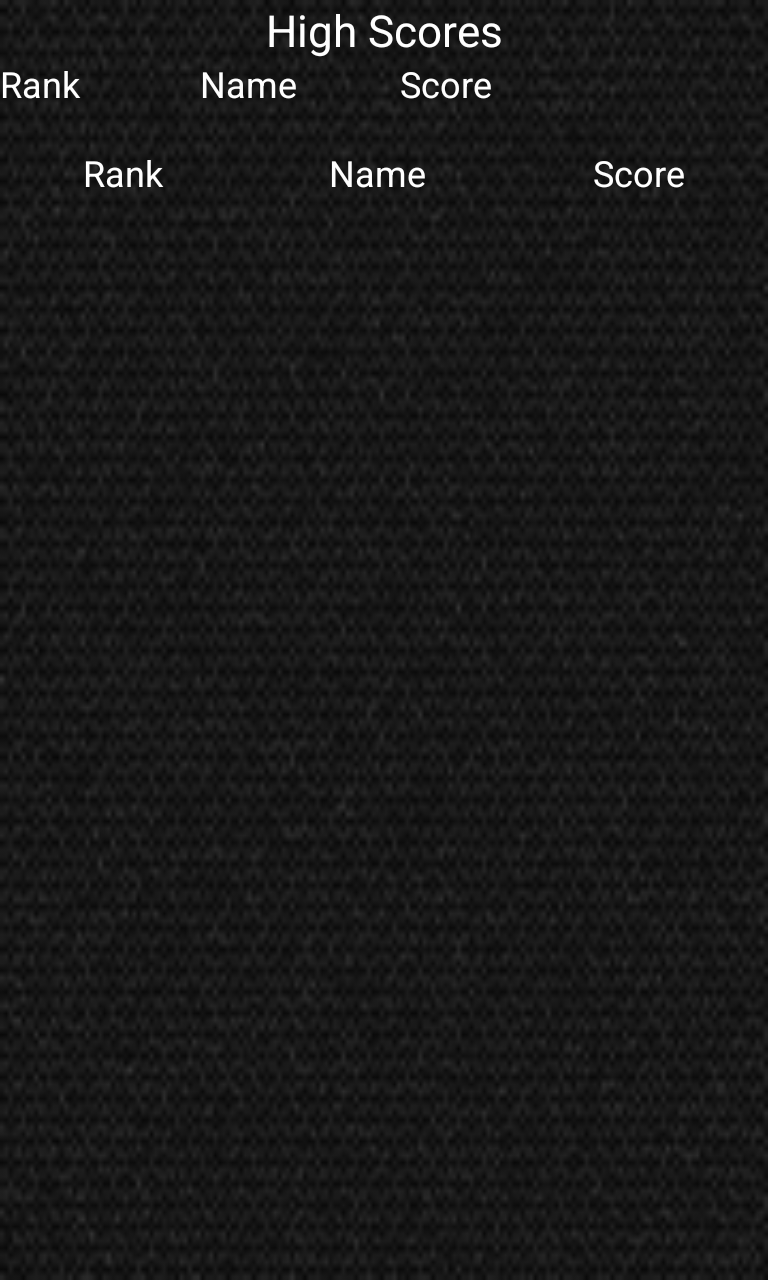
Repository: Tacohen/Killbots
Layout: Killbots/res/layout/high_scores.xml
These files come from the project's save history. The layout is drawn as it stood at one moment and after the next save; the edit follows.
It is drawn on a 768 x 1280 px phone screen (xhdpi) without system bars, with theme AppTheme; the app's code is not run.

Above is the layout before, as saved 2013-12-08 01:47:51.

### Killbots/res/layout/high_scores.xml
<?xml version="1.0" encoding="utf-8"?>
<LinearLayout xmlns:android="http://schemas.android.com/apk/res/android"
    android:layout_width="match_parent"
    android:layout_height="match_parent"
    android:orientation="vertical"
    android:background="@drawable/binding_dark">

    <TextView
        android:id="@+id/intoText"
        android:layout_width="match_parent"
        android:layout_height="wrap_content"
        android:gravity="center"
        android:text="High Scores"
        android:textAppearance="?android:attr/textAppearanceLarge"
        android:textColor="#FFFFFF" />

    <LinearLayout
        android:layout_width="match_parent"
        android:layout_height="wrap_content" >

        <TextView
            android:id="@+id/rankText"
            android:layout_width="100dp"
            android:layout_height="wrap_content"
            android:text="Rank"
            android:textAppearance="?android:attr/textAppearanceMedium"
            android:textColor="#FFFFFF" />

        <TextView
            android:id="@+id/nameText"
            android:layout_width="100dp"
            android:layout_height="wrap_content"
            android:text="Name"
            android:textAppearance="?android:attr/textAppearanceMedium"
            android:textColor="#FFFFFF" />

        <TextView
            android:id="@+id/scoreText"
            android:layout_width="100dp"
            android:layout_height="wrap_content"
            android:text="Score"
            android:textAppearance="?android:attr/textAppearanceMedium"
            android:textColor="#FFFFFF" />

    </LinearLayout>

    <TableLayout
        android:layout_width="match_parent"
        android:layout_height="wrap_content" >

        <TableRow
            android:id="@+id/tableRow1"
            android:layout_width="wrap_content"
            android:gravity="center_horizontal"
            android:layout_height="wrap_content" >

        <TextView
            android:id="@+id/rankText"
            android:text="Rank"
            android:layout_weight="1"
            android:textAppearance="?android:attr/textAppearanceMedium"
            android:textColor="#FFFFFF"
            android:padding="20dip" android:gravity="center"/>

        <TextView
            android:id="@+id/nameText"
            android:text="Name"
            android:layout_weight="1"
            android:textAppearance="?android:attr/textAppearanceMedium"
            android:textColor="#FFFFFF"
            android:padding="20dip" android:gravity="center"/>


        <TextView
            android:id="@+id/scoreText"
            android:text="Score"
            android:layout_weight="1"
            android:textAppearance="?android:attr/textAppearanceMedium"
            android:textColor="#FFFFFF"
            android:padding="20dip" android:gravity="center"/>


        </TableRow>

        <TableRow
            android:id="@+id/tableRow2"
            android:layout_width="wrap_content"
            android:layout_height="wrap_content" >
        </TableRow>

        <TableRow
            android:id="@+id/tableRow3"
            android:layout_width="wrap_content"
            android:layout_height="wrap_content" >
        </TableRow>

        <TableRow
            android:id="@+id/tableRow4"
            android:layout_width="wrap_content"
            android:layout_height="wrap_content" >
        </TableRow>
    </TableLayout>

</LinearLayout>

Loaded but not shown: Killbots/res/values/styles.xml (common file); Killbots/res/values-v11/styles.xml (common file); Killbots/res/values-v14/styles.xml (common file)

After the next save:
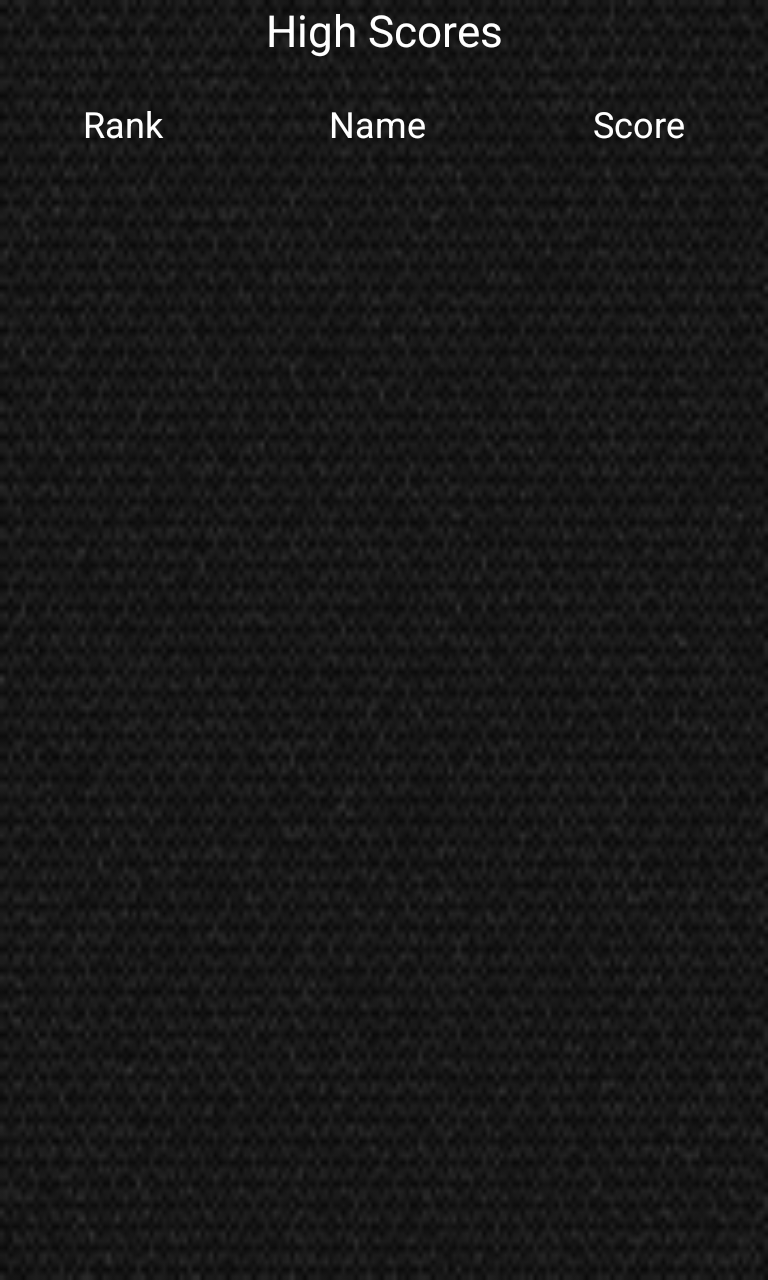
Saved 20 s later.
--- a/Killbots/res/layout/high_scores.xml
+++ b/Killbots/res/layout/high_scores.xml
@@ -13,36 +13,6 @@
         android:text="High Scores"
         android:textAppearance="?android:attr/textAppearanceLarge"
         android:textColor="#FFFFFF" />
-
-    <LinearLayout
-        android:layout_width="match_parent"
-        android:layout_height="wrap_content" >
-
-        <TextView
-            android:id="@+id/rankText"
-            android:layout_width="100dp"
-            android:layout_height="wrap_content"
-            android:text="Rank"
-            android:textAppearance="?android:attr/textAppearanceMedium"
-            android:textColor="#FFFFFF" />
-
-        <TextView
-            android:id="@+id/nameText"
-            android:layout_width="100dp"
-            android:layout_height="wrap_content"
-            android:text="Name"
-            android:textAppearance="?android:attr/textAppearanceMedium"
-            android:textColor="#FFFFFF" />
-
-        <TextView
-            android:id="@+id/scoreText"
-            android:layout_width="100dp"
-            android:layout_height="wrap_content"
-            android:text="Score"
-            android:textAppearance="?android:attr/textAppearanceMedium"
-            android:textColor="#FFFFFF" />
-
-    </LinearLayout>
 
     <TableLayout
         android:layout_width="match_parent"
